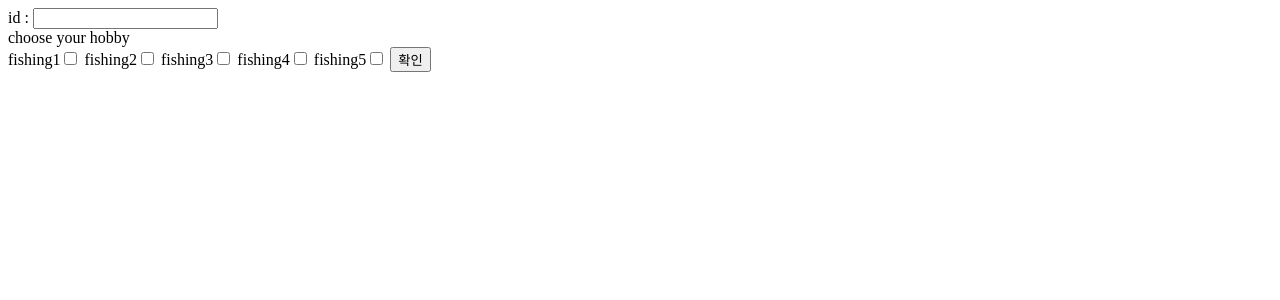
Repository: emthrology/servertest
Page: apache/jspTag/WebContent/EL/form.html
An editor plug-in stored every save of this project. The page is shown before and after the next save, followed by the edit.
The browser window is 1280 px wide. The pictures show the whole page.

Above is the page before, as saved 2019-05-19 06:19:47.

### apache/jspTag/WebContent/EL/form.html
<!DOCTYPE html>
<html>
<head>
<meta charset="UTF-8">
<title>Insert title here</title>
</head>
<body>
	<form action="jsp_EL_Test7.jsp" method="post">
		id : <input type="text" name="id"><br>
		choose your hobby<br>
		fishing1<input type="checkbox" name="hobby" value="fishing1">
		fishing2<input type="checkbox" name="hobby" value="fishing2">
		fishing3<input type="checkbox" name="hobby" value="fishing3">
		fishing4<input type="checkbox" name="hobby" value="fishing4">
		fishing5<input type="checkbox" name="hobby" value="fishing5">
		<input type="submit" value="확인">
	</form>
</body>
</html>

After the next save:
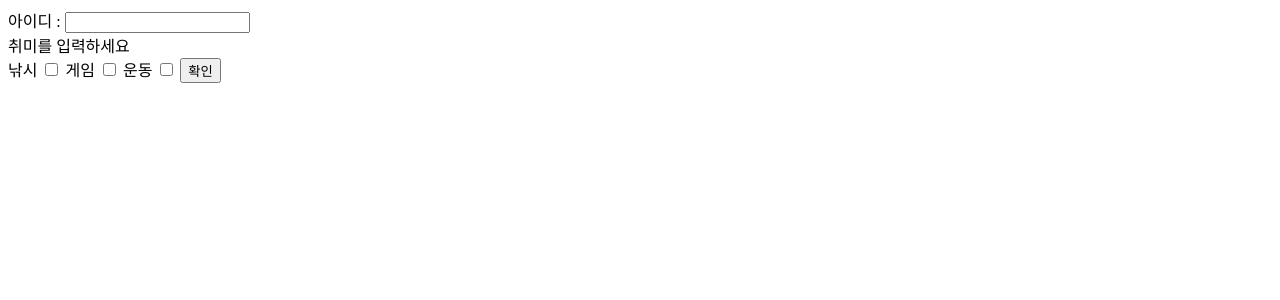
Saved 4 min 23 s later.
--- a/apache/jspTag/WebContent/EL/form.html
+++ b/apache/jspTag/WebContent/EL/form.html
@@ -6,13 +6,11 @@
 </head>
 <body>
 	<form action="jsp_EL_Test7.jsp" method="post">
-		id : <input type="text" name="id"><br>
-		choose your hobby<br>
-		fishing1<input type="checkbox" name="hobby" value="fishing1">
-		fishing2<input type="checkbox" name="hobby" value="fishing2">
-		fishing3<input type="checkbox" name="hobby" value="fishing3">
-		fishing4<input type="checkbox" name="hobby" value="fishing4">
-		fishing5<input type="checkbox" name="hobby" value="fishing5">
+		아이디 : <input type="text" name="id"><br>
+		취미를 입력하세요 <br>
+		낚시 <input type="checkbox" name="hobby" value="낚시">
+		게임 <input type="checkbox" name="hobby" value="게임">
+		운동 <input type="checkbox" name="hobby" value="운동">
 		<input type="submit" value="확인">
 	</form>
 </body>
